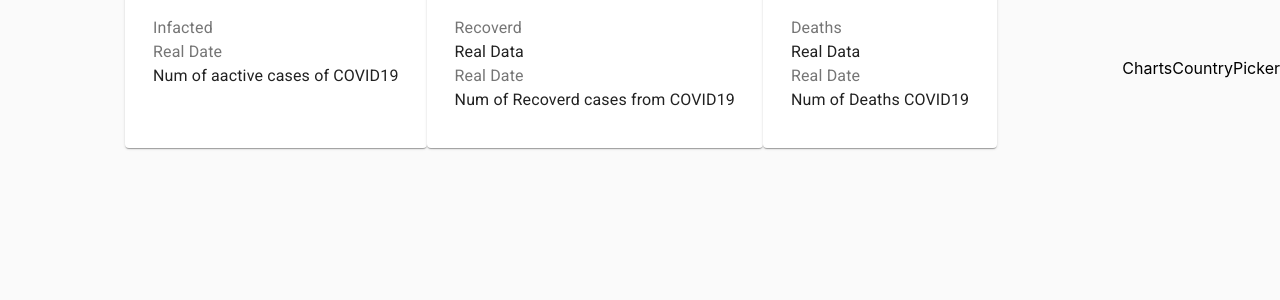
Repository: ranausama48/covid-tracker
Page: /
An editor plug-in stored every save of this project. The page is shown before and after the next save, followed by the edit.
The browser window is 1280 px wide. The pictures show the whole page.
The page's requests for data from a server got no answer. The project was rebuilt for these pictures with package versions that can differ from the ones it lists, and the page was loaded fresh each time. No one was signed in, and anything a server would have sent is missing.

Above is the page before, as saved 2020-07-05 18:02:31.

### public/index.html
<!DOCTYPE html>
<html lang="en">
  <head>
    <meta charset="utf-8" />
    <link rel="icon" href="%PUBLIC_URL%/favicon.ico" />
    <meta name="viewport" content="width=device-width, initial-scale=1" />
    <meta name="theme-color" content="#000000" />
    <meta
      name="description"
      content="Web site created using create-react-app"
    />
    <!-- @material Ui links -->
    <link
      rel="stylesheet"
      href="https://fonts.googleapis.com/css?family=Roboto:300,400,500,700&display=swap"
    />
    <link
      rel="stylesheet"
      href="https://fonts.googleapis.com/icon?family=Material+Icons"
    />

    <link rel="apple-touch-icon" href="%PUBLIC_URL%/logo192.png" />
    <!--
      manifest.json provides metadata used when your web app is installed on a
      user's mobile device or desktop. See https://developers.google.com/web/fundamentals/web-app-manifest/
    -->
    <link rel="manifest" href="%PUBLIC_URL%/manifest.json" />
    <!--
      Notice the use of %PUBLIC_URL% in the tags above.
      It will be replaced with the URL of the `public` folder during the build.
      Only files inside the `public` folder can be referenced from the HTML.

      Unlike "/favicon.ico" or "favicon.ico", "%PUBLIC_URL%/favicon.ico" will
      work correctly both with client-side routing and a non-root public URL.
      Learn how to configure a non-root public URL by running `npm run build`.
    -->
    <title>React App</title>
  </head>
  <body>
    <noscript>You need to enable JavaScript to run this app.</noscript>
    <div id="root"></div>
    <!--
      This HTML file is a template.
      If you open it directly in the browser, you will see an empty page.

      You can add webfonts, meta tags, or analytics to this file.
      The build step will place the bundled scripts into the <body> tag.

      To begin the development, run `npm start` or `yarn start`.
      To create a production bundle, use `npm run build` or `yarn build`.
    -->
  </body>
</html>

### src/App.js
import React, { useEffect, useState } from "react";
import Cards from "./components/Cards/Cards";
import Charts from "./components/Charts/Charts";
import CountryPicker from "./components/CountryPicker/CountryPicker";
import { fetchData } from "./api";

import "./App.css";

function App() {
  const [state, setstate] = useState({ data: {} });
  useEffect(() => {
    async function getData() {
      const data = await fetchData();
      setstate({ data });
    }
    getData();
  }, []);
  const { data } = state;

  return (
    <div className="container">
      <Cards data={data} />
      <Charts />
      <CountryPicker />
    </div>
  );
}

export default App;

### src/components/Cards/Cards.jsx
import React from "react";
import { makeStyles } from "@material-ui/core/styles";
import {
  Card,
  CardActionArea,
  CardActions,
  CardContent,
  CardMedia,
  Button,
  Typography,
  Grid,
} from "@material-ui/core";
const useStyles = makeStyles({
  root: {
    maxWidth: 345,
  },
  media: {
    height: 140,
  },
});

const Cards = ({ confirmed, recoverd, deaths, lastUpdate }) => {
  const classes = useStyles();
  return (
    <Grid container spacing={3} justify="center">
      <Grid item component={Card}>
        <CardContent>
          <Typography color="textSecondary">Infacted</Typography>
          <Typography varaint="h5">{confirmed}</Typography>
          <Typography color="textSecondary">Real Date</Typography>
          <Typography varaint="body2">
            Num of aactive cases of COVID19
          </Typography>
        </CardContent>
      </Grid>
      <Grid item component={Card}>
        <CardContent>
          <Typography color="textSecondary">Recoverd</Typography>
          <Typography varaint="h5">Real Data</Typography>
          <Typography color="textSecondary">Real Date</Typography>
          <Typography varaint="body2">
            Num of Recoverd cases from COVID19
          </Typography>
        </CardContent>
      </Grid>
      <Grid item component={Card}>
        <CardContent>
          <Typography color="textSecondary">Deaths</Typography>
          <Typography varaint="h5">Real Data</Typography>
          <Typography color="textSecondary">Real Date</Typography>
          <Typography varaint="body2">Num of Deaths COVID19</Typography>
        </CardContent>
      </Grid>
    </Grid>
  );
};

export default Cards;

### src/components/Charts/Charts.jsx
import React from "react";

const Charts = () => {
  return <div>Charts</div>;
};

export default Charts;

### src/components/CountryPicker/CountryPicker.jsx
import React from "react";

const CountryPicker = () => {
  return <div>CountryPicker</div>;
};

export default CountryPicker;

### src/api/index.js
import axios from "axios";
const url = "https://covid19.mathdro.id/api";
export const fetchData = async () => {
  try {
    const { data } = await axios.get(url);
    const { confirmed, recovered, deaths, lastUpdate } = data;
    return {
      confirmed,
      recovered,
      deaths,
      lastUpdate,
    };
  } catch (error) {
    return error;
  }
};

### src/App.css
body {
  background-color: rgba(250, 250, 250);
}
.container {
  display: flex;
  justify-content: center;
  align-items: center;
}

Loaded but not shown: src/index.js (common file); src/index.css (common file); src/serviceWorker.js (common file)

After the next save:
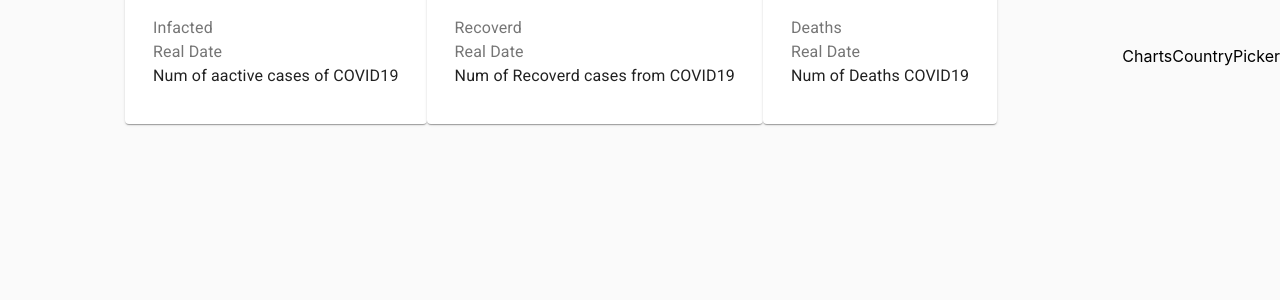
Saved 27 s later.
--- a/src/components/Cards/Cards.jsx
+++ b/src/components/Cards/Cards.jsx
@@ -36,7 +36,7 @@ const Cards = ({ confirmed, recoverd, deaths, lastUpdate }) => {
       <Grid item component={Card}>
         <CardContent>
           <Typography color="textSecondary">Recoverd</Typography>
-          <Typography varaint="h5">Real Data</Typography>
+          <Typography varaint="h5">{recoverd}</Typography>
           <Typography color="textSecondary">Real Date</Typography>
           <Typography varaint="body2">
             Num of Recoverd cases from COVID19
@@ -46,7 +46,7 @@ const Cards = ({ confirmed, recoverd, deaths, lastUpdate }) => {
       <Grid item component={Card}>
         <CardContent>
           <Typography color="textSecondary">Deaths</Typography>
-          <Typography varaint="h5">Real Data</Typography>
+          <Typography varaint="h5">{deaths}</Typography>
           <Typography color="textSecondary">Real Date</Typography>
           <Typography varaint="body2">Num of Deaths COVID19</Typography>
         </CardContent>
